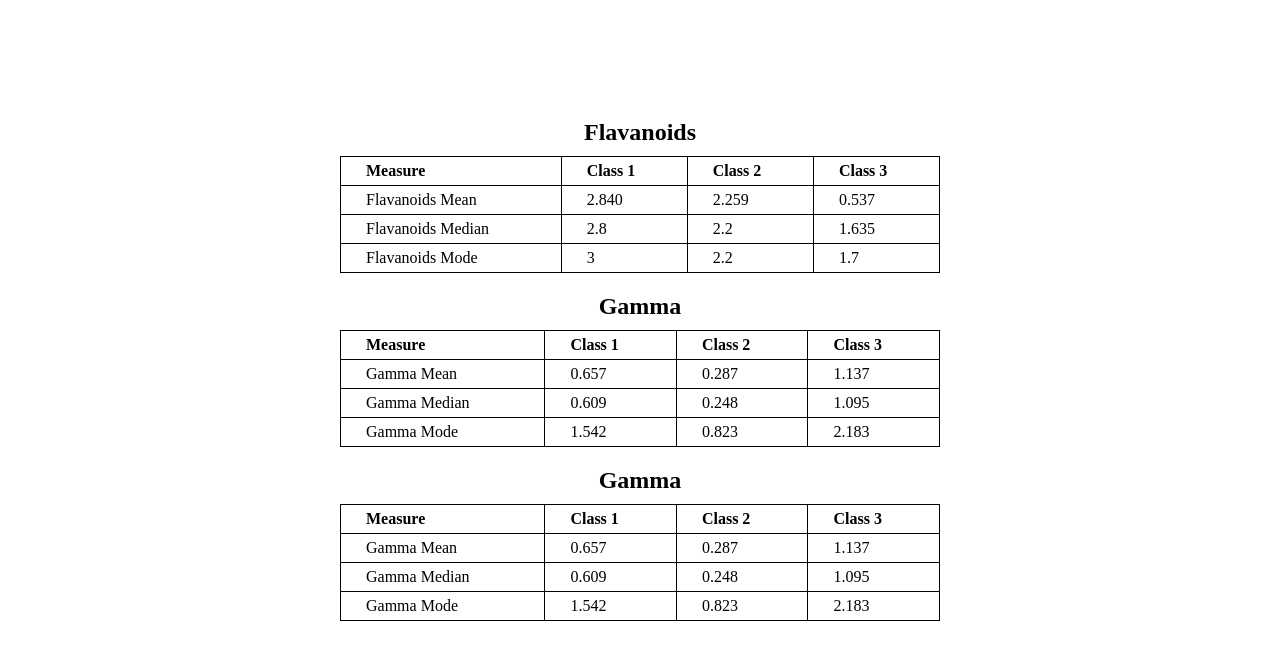
Repository: Rahul6395/WineAlcohol-Calculate
Page: /
The author's editor kept a copy of each file at every save. The page is drawn from the files as they stood at one save, then again after the next save.
The browser window is 1280 px wide. The pictures show the whole page.
The project was rebuilt for these pictures with package versions that can differ from the ones it lists, and the page was loaded fresh each time.

Above is the page before, as saved 2023-05-27 12:52:38.

### src/App.js

import Flavonoid from "./component/Flavonoid";
import GammaTable from "./component/GammaTable";
import "./App.css"
import Gamma from "./component/Gamma"

function App() {
  return (
    <div className="App">
     {/* <Tables/> */}
     <Flavonoid/>
     <GammaTable/>
     <Gamma/>
    </div>
  );
}

export default App;

### src/component/Flavonoid.js
import React,{useState,useEffect} from 'react';
import data from "../json/data.json"
// import "./css/style.css"


function Flavonoid() {

const [value ,setValue] = useState([])

useEffect(()=>{
    for(let i=0;i<data.length;i++){
        setValue(value=>[...value,data[i].Alcohol])
    }
},[])
//Get All Alcohol
const alcohol = new Set(value);
  const classNames = [...alcohol]; // Replace with your actual class names



  //Mean
  function calculateMean(data, className) {
    const filteredData = data.filter(item => item.Alcohol === className);
    const sum = filteredData.reduce((acc, item) => acc + item.Flavanoids, 0);
    return parseFloat(sum) / filteredData.length;
  }

//   Median
  function calculateMedian(data, className) {
    const filteredData = data.filter(item => item.Alcohol === className);
    const sortedData = filteredData.sort((a, b) => a.Flavanoids - b.Flavanoids);
    const midIndex = Math.floor(sortedData.length / 2);
    if (sortedData.length % 2 === 0) {
      return (sortedData[midIndex - 1]?.Flavanoids + sortedData[midIndex]?.Flavanoids) / 2;
    } else {
      return sortedData[midIndex].Flavanoids;
    }
  }

//   Mode
  function calculateMode(data, className) {
    const filteredData = data.filter(item => item.Alcohol === className);
    const counts = {};
    filteredData.forEach(item => {
      counts[item.Flavanoids] = counts[item.Flavanoids] ? counts[item.Flavanoids] + 1 : 1;
    });
    let mode;
    let maxCount = 0;
    for (const value in counts) {
      if (counts[value] > maxCount) {
        mode = value;
        maxCount = counts[value];
      }
    }
    return mode;
  }

  return (
    <> <h2 className='heading'>Flavanoids</h2>
    <table>
      <thead>
        <tr>
          <th>Measure</th>
          {classNames.map(className => <th key={className}>Class {className}</th>)}
        </tr>
      </thead>
      <tbody>
        <tr>
          <td>Flavanoids Mean</td>
          {classNames.map(className => <td key={className}>{calculateMean(data, className).toFixed(3)}</td>)}
        </tr>
        <tr>
          <td>Flavanoids Median</td>
          {classNames.map(className => <td key={className}>{calculateMedian(data, className)}</td>)}
        </tr>
        <tr>
          <td>Flavanoids Mode</td>
          {classNames.map(className => <td key={className}>{calculateMode(data, className)}</td>)}
        </tr>
      </tbody>
    </table>
    </>
  );
}

export default Flavonoid;

### src/component/GammaTable.js
import React from 'react';
import data from "../json/data.json"

const GammaTable = () => {
  const gammaByClass = {};
  data.forEach((point) => {
    const { Alcohol, Ash, Hue, Magnesium } = point;
    const gamma = (Ash * Hue) / Magnesium;

    if (gammaByClass[Alcohol]) {
      gammaByClass[Alcohol].push(gamma);
    } else {
      gammaByClass[Alcohol] = [gamma];
    }
  });

  function calculateMean(data) {
      const sum = data.reduce((acc, item) => acc + item, 0) / data.length;
      return sum;
    }

  //   Median
    function calculateMedian(data,) {
      const sortedData = data.sort((a, b) => a - b);
      const midIndex = Math.floor(sortedData.length / 2);
      if (sortedData.length % 2 === 0) {
        return (sortedData[midIndex - 1] + sortedData[midIndex]) / 2;
      } else {
        return sortedData[midIndex];
      }
    }

  //   Mode
    function calculateMode(data,) {
      const counts = {};
    data.forEach(item => {
        counts[item] = counts[item]  + 1 || 1;
      });

      let maxCount = 0;
      let mode = -Infinity;
      for (const value in counts) {
        const item = counts[value];
        if (item >= maxCount && Number(value) > mode) {
          maxCount = item;
          mode = Number(value);
        }
      }

      return mode.toFixed(3);
    }


return (
  <div>
  <h2 className='heading'>Gamma</h2>
  <table>
    <thead>
      <tr>
        <th>Measure</th>
        {Object.entries(gammaByClass).map((className, gammaValues) => (
          <th>Class {gammaValues+1}</th>
        ))}
      </tr>
    </thead>
    <tbody>
      <tr>
        <td>Gamma Mean</td>

      {
        Object.entries(gammaByClass).map(([className, gammaValues])=>(
          <td>{calculateMean(gammaValues).toFixed(3)}</td>
        ))
      }
      </tr>
      <tr>
        <td>Gamma Median</td>
        {
        Object.entries(gammaByClass).map(([className, gammaValues])=>(
          <td>{calculateMedian(gammaValues).toFixed(3)}</td>
        ))
      }
      </tr>
      <tr>
        <td>Gamma Mode</td>
        {
        Object.entries(gammaByClass).map(([className, gammaValues])=>(
          <td>{calculateMode(gammaValues)}</td>
        ))
      }
      </tr>
    </tbody>
  </table>
  </div>
);
}



export default GammaTable;

### src/component/Gamma.js
import React from 'react';
import data from "../json/data.json"

const GammaTable = () => {
    const gammaByClass = {};
    data.forEach((point) => {
      const { Alcohol, Ash, Hue, Magnesium } = point;
      const gamma = (Ash * Hue) / Magnesium;

      if (gammaByClass[Alcohol]) {
        gammaByClass[Alcohol].push(gamma);
      } else {
        gammaByClass[Alcohol] = [gamma];
      }
    });

    function calculateMean(data) {
        const sum = data.reduce((acc, item) => acc + item, 0) / data.length;
        return sum;
      }

    //   Median
      function calculateMedian(data,) {
        const sortedData = data.sort((a, b) => a - b);
        const midIndex = Math.floor(sortedData.length / 2);
        if (sortedData.length % 2 === 0) {
          return (sortedData[midIndex - 1] + sortedData[midIndex]) / 2;
        } else {
          return sortedData[midIndex];
        }
      }

    //   Mode
      function calculateMode(data,) {
        const counts = {};
      data.forEach(item => {
          counts[item] = counts[item]  + 1 || 1;
        });

        let maxCount = 0;
        let mode = -Infinity;
        for (const value in counts) {
          const item = counts[value];
          if (item >= maxCount && Number(value) > mode) {
            maxCount = item;
            mode = Number(value);
          }
        }

        return mode.toFixed(3);
      }


  return (
    <div>
    <h2 className='heading'>Gamma</h2>
    <table>
      <thead>
        <tr>
          <th>Measure</th>
          {Object.entries(gammaByClass).map((className, gammaValues) => (
            <th>Class {gammaValues+1}</th>
          ))}
        </tr>
      </thead>
      <tbody>
        <tr>
          <td>Gamma Mean</td>

        {
          Object.entries(gammaByClass).map(([className, gammaValues])=>(
            <td>{calculateMean(gammaValues).toFixed(3)}</td>
          ))
        }
        </tr>
        <tr>
          <td>Gamma Median</td>
          {
          Object.entries(gammaByClass).map(([className, gammaValues])=>(
            <td>{calculateMedian(gammaValues).toFixed(3)}</td>
          ))
        }
        </tr>
        <tr>
          <td>Gamma Mode</td>
          {
          Object.entries(gammaByClass).map(([className, gammaValues])=>(
            <td>{calculateMode(gammaValues)}</td>
          ))
        }
        </tr>
      </tbody>
    </table>
    </div>
  );
}


export default GammaTable;

Loaded but not shown: public/index.html (common file); src/index.js (common file); src/App.css (common file); src/json/data.json (2673 lines, source omitted)

After the next save:
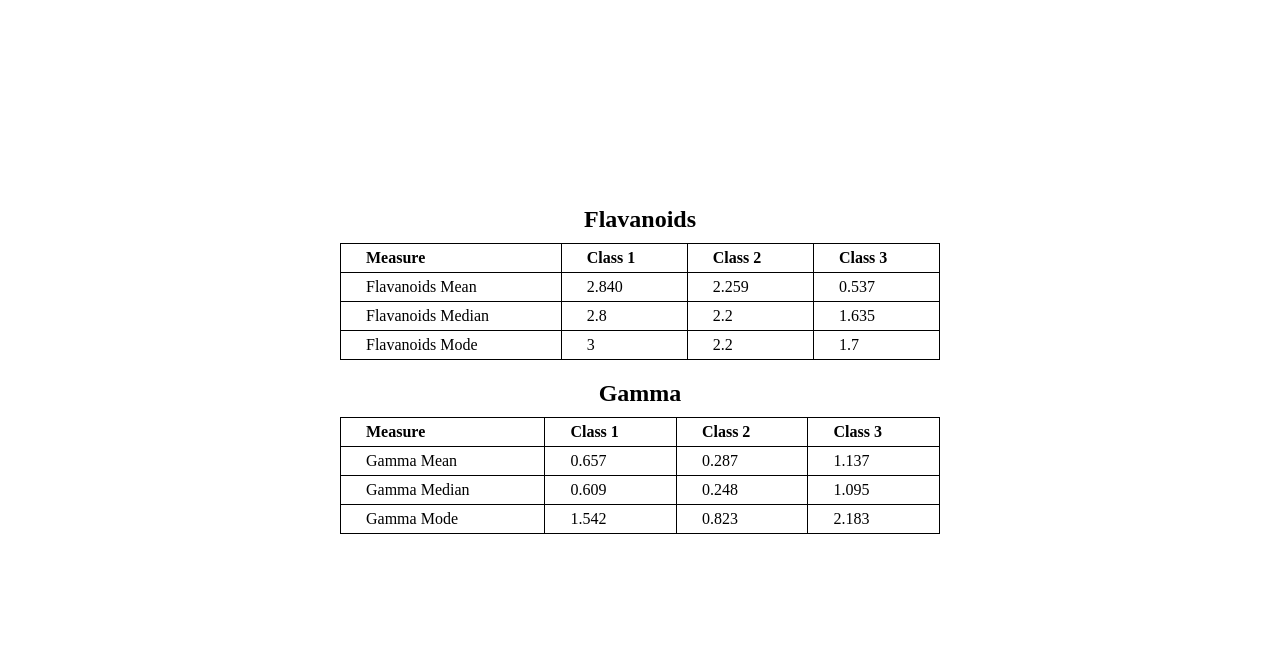
Saved 30 s later.
--- a/src/App.js
+++ b/src/App.js
@@ -2,15 +2,12 @@
 import Flavonoid from "./component/Flavonoid";
 import GammaTable from "./component/GammaTable";
 import "./App.css"
-import Gamma from "./component/Gamma"
 
 function App() {
   return (
     <div className="App">
-     {/* <Tables/> */}
      <Flavonoid/>
      <GammaTable/>
-     <Gamma/>
     </div>
   );
 }
